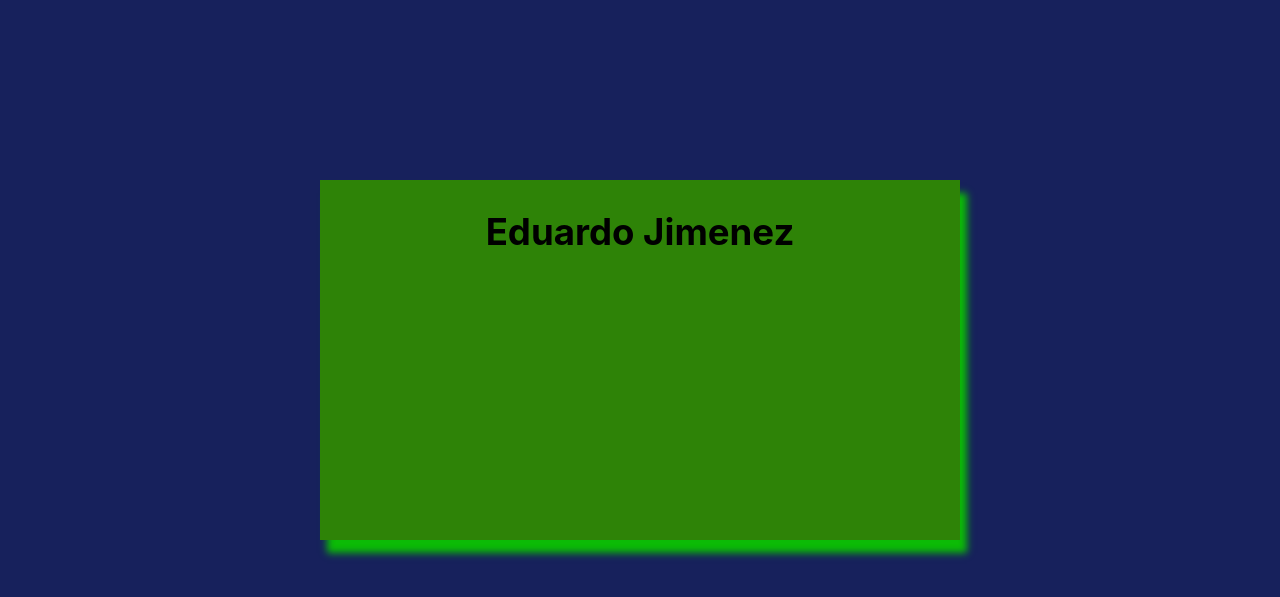
Repository: l8nightswithJS/react-my-portfolio
Page: /
An editor plug-in stored every save of this project. The page is shown before and after the next save, followed by the edit.
The browser window is 1280 px wide. The pictures show the whole page.
The project was rebuilt for these pictures with package versions that can differ from the ones it lists, and the page was loaded fresh each time.

Above is the page before, as saved 2021-04-22 23:58:47.

After the next save:
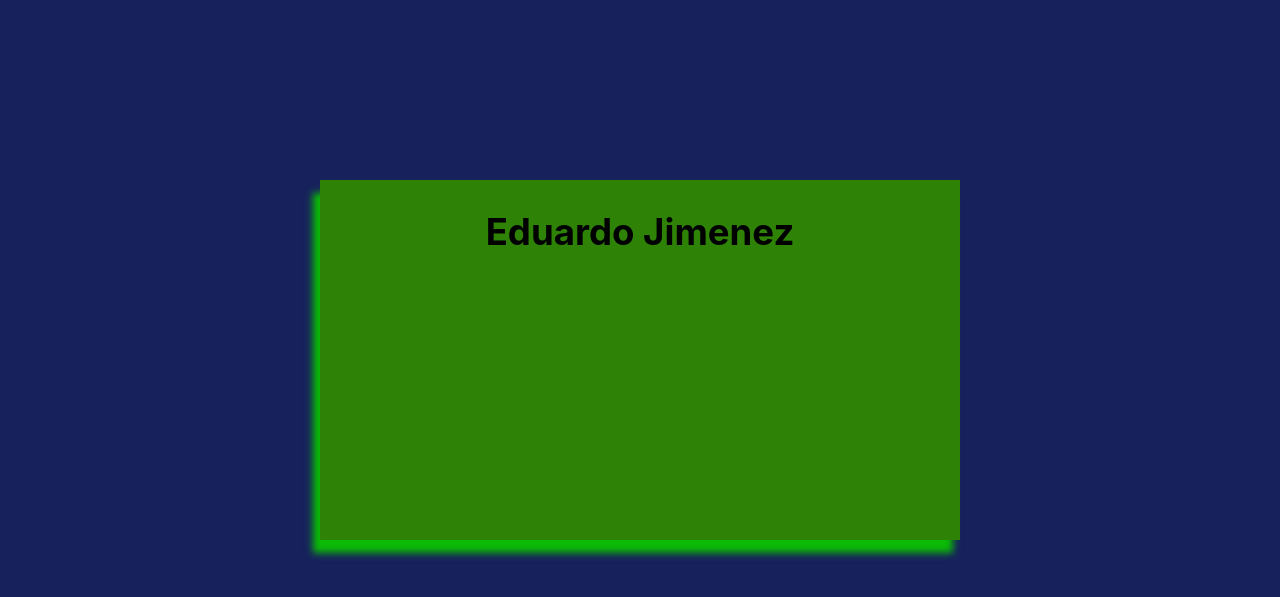
Saved 10 s later.
--- a/src/App.css
+++ b/src/App.css
@@ -17,7 +17,7 @@ section {
   margin: auto;
   font-size: calc(10px + 2vmin);
   color: white;
-  box-shadow: 1vh 1vw 1vh rgb(12, 187, 6);
+  box-shadow: -1vh 1vw 1vh rgb(12, 187, 6);
 }
 
 h1 {
